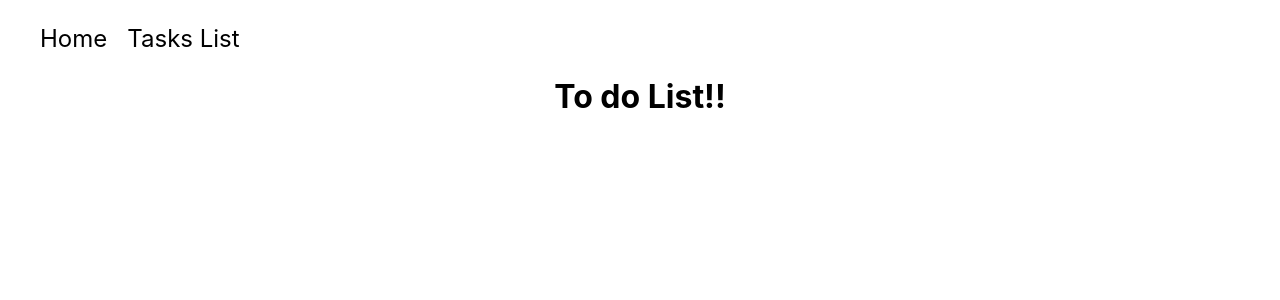
Repository: runner855/abstract_todolist
Page: /
These files come from the project's save history. The page is drawn as it stood at one moment and after the next save; the edit follows.
The browser window is 1280 px wide. The pictures show the whole page.
The project was rebuilt for these pictures with package versions that can differ from the ones it lists, and the page was loaded fresh each time.

Above is the page before, as saved 2022-11-08 15:24:31.

### src/App.tsx
import React from "react";
import { Header } from "./Header";
import "./App.css";

export const App = () => {
  return (
    <div className="App">
      <Header />
      <h1>To do List!!</h1>
    </div>
  );
};

### src/Header.tsx
import * as React from "react";
import "./Header.css";

export const Header = () => {
  return (
    <div className="home">
      <ul>
        <li>Home</li>
        <li>Tasks List</li>
      </ul>
    </div>
  );
};

### src/Header.css
ul{
   text-align: left;
   list-style: none;
   font-size: 1.5em;
   display: flex;

}
ul li {
    margin-right: 20px;
}

Loaded but not shown: public/index.html (common file); src/index.tsx (common file); src/index.css (common file); src/App.css (common file)

After the next save:
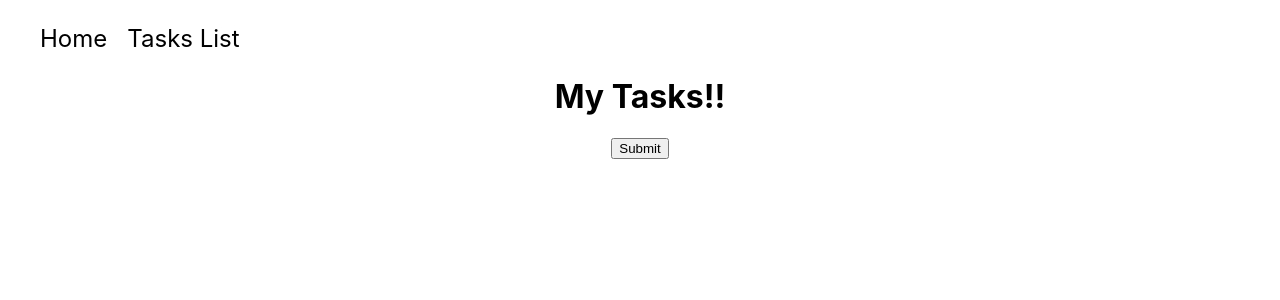
Saved 113 s later.
--- a/src/App.tsx
+++ b/src/App.tsx
@@ -6,7 +6,8 @@ export const App = () => {
   return (
     <div className="App">
       <Header />
-      <h1>To do List!!</h1>
+      <h1>My Tasks!!</h1>
+      <input type="submit" placeholder="Add A New Task"></input>
     </div>
   );
 };
